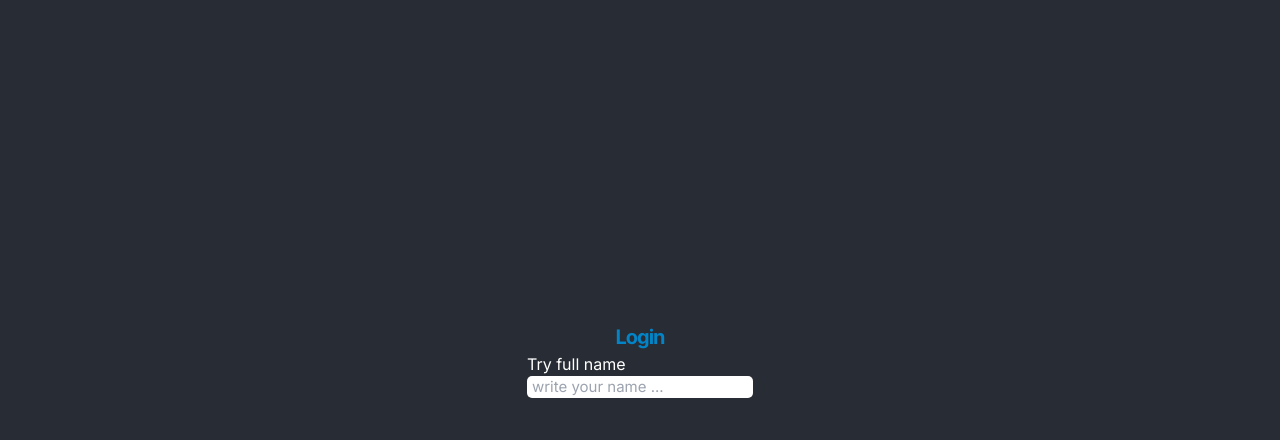
Repository: devsecops-node/simple-play
Page: /
The author's editor kept a copy of each file at every save. The page is drawn from the files as they stood at one save, then again after a run of saves.
The browser window is 1280 px wide. The pictures show the whole page.
The project was rebuilt for these pictures with package versions that can differ from the ones it lists, and the page was loaded fresh each time. The framework's server and built-in components were replaced by stand-ins that run in the browser. Also part of the build but not shown: next.config.mjs.

Above is the page before, as saved 2024-06-21 12:29:08.

### src/app/(main)/page.tsx
import Image from "next/image";
import Container from "../_components/Container";
import FormsName from "../_components/FormsName";

export default function Home() {
  return (
    <Container>
      <h1 className="text-[20px] text-sky-600 font-bold tracking-tighter">Login</h1>
      <FormsName />
    </Container>
  );
}

### src/app/globals.css
@tailwind base;
@tailwind components;
@tailwind utilities;

:root {
  --foreground-rgb: 0, 0, 0;
  --background-start-rgb: 214, 219, 220;
  --background-end-rgb: 255, 255, 255;
}

@media (prefers-color-scheme: dark) {
  :root {
    --foreground-rgb: 255, 255, 255;
    --background-start-rgb: 0, 0, 0;
    --background-end-rgb: 0, 0, 0;
  }
}

body {
  color: rgb(var(--foreground-rgb));
  background: linear-gradient(
      to bottom,
      transparent,
      rgb(var(--background-end-rgb))
    )
    rgb(var(--background-start-rgb));
}

@layer utilities {
  .text-balance {
    text-wrap: balance;
  }
}

input{
  color: black;
  padding: 0 5px;
  border-radius: 5px;
  -webkit-border-radius: 5px;
  -moz-border-radius: 5px;
  -ms-border-radius: 5px;
  -o-border-radius: 5px;
  font-size: 15px;
  border: none;
}
input[type=text]:focus {
  outline: 2px solid #0284c7;
}

### src/app/_components/Container.tsx
import React from 'react'

const Container = ({ children }: { children: React.ReactNode }) => {
  return (
    <div className='bg-[#282c34] h-screen text-white flex flex-col justify-center items-center'>
      {children}
    </div>
  )
}

export default Container

### src/app/_components/FormsName.tsx
"use client"
import React, { useState } from 'react'

const FormsName = () => {
  const [name, setName] = useState('')
  return (
    <form action="/" className="flex flex-col">
      <section className="flex flex-col">
        <label htmlFor="name" >Try full name</label>
        <input type="text" value={name} onChange={(e) => setName(e.target.value)} placeholder="write your name ..." id="name" />
      </section>
    </form>
  )
}

export default FormsName

Loaded but not shown: src/app/layout.tsx (common file); tailwind.config.ts (common file)

After the next 3 saves:
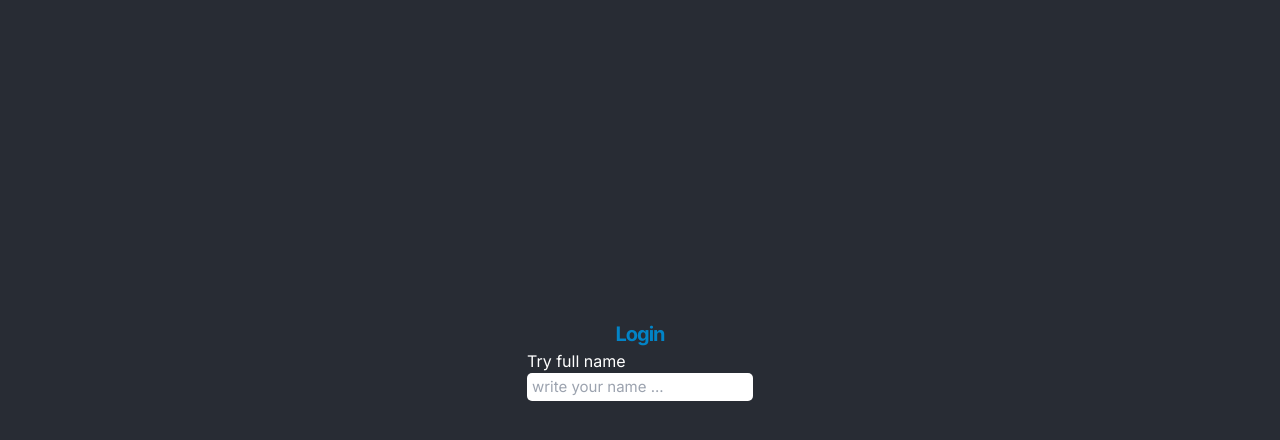
The 3 saves are shown as one change because they came seconds apart.
The last was saved 20 s later.
--- a/src/app/globals.css
+++ b/src/app/globals.css
@@ -34,7 +34,7 @@ body {
 
 input{
   color: black;
-  padding: 0 5px;
+  padding: 3px 5px;
   border-radius: 5px;
   -webkit-border-radius: 5px;
   -moz-border-radius: 5px;
